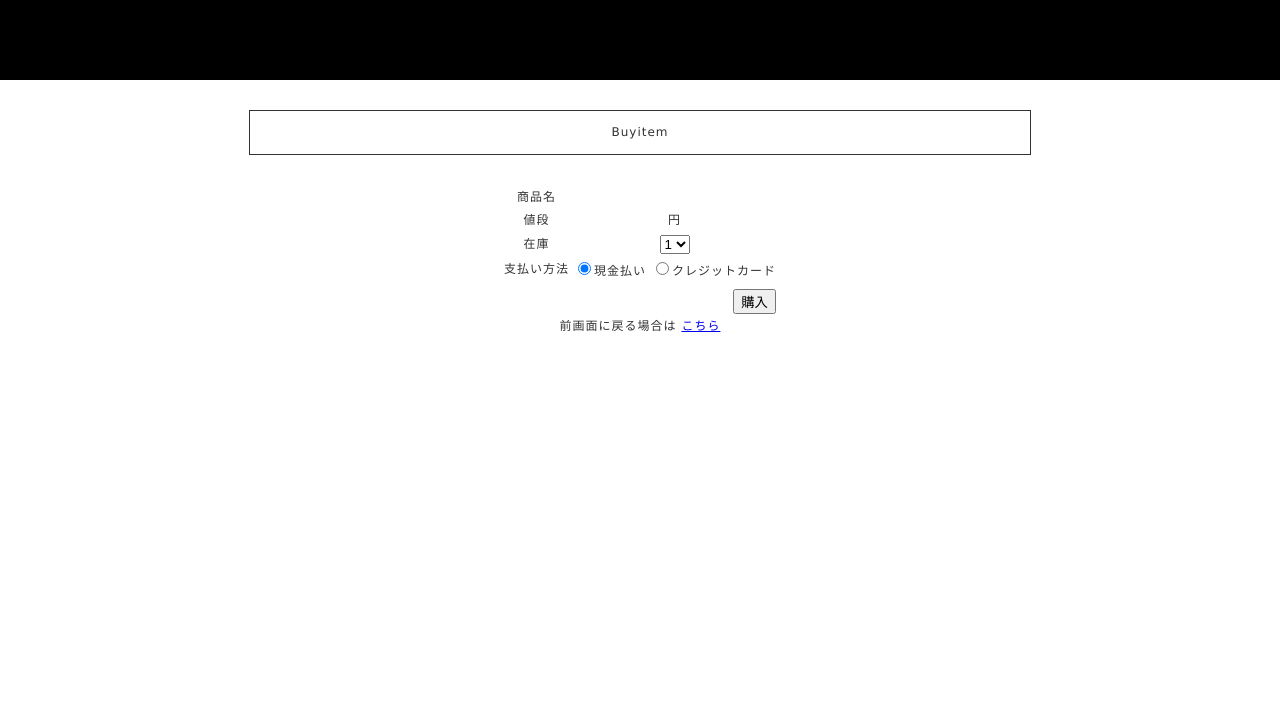
Repository: RYOYAEGAWA/test
Page: http://localhost/template/buyItem.jsp
The author's editor kept a copy of each file at every save. The page is drawn from the files as they stood at one save, then again after the next save.
The browser window is 1280 px wide. The pictures show the whole page.
The page is served by Tomcat 9. Other server files are loaded and not shown.

Above is the page before, as saved 2018-05-07 07:57:04.

### java/Eclipse_Data/template/WebContent/buyItem.jsp
<%@ page language="java" contentType="text/html; charset=UTF-8" pageEncoding="UTF-8"%>
<%@ taglib prefix="s" uri="/struts-tags"%>

<!DOCTYPE html>
<html>
<head>
		<meta http-equiv="Content-Type" content="text/html; charset=utf-8"/>
		<meta http-equiv="Content-Style-Type" content="text/css" />
		<meta http-equiv="Content-Script-Type" content="text/javascript" />
		<meta http-equiv="imagetoolbar" content="no" />
		<meta name="description" content="" />
		<meta name="keywords" content="" />
		<title>Login画面</title>

	<style type="text/css">

		body {
		margin:0;
		padding:0;
		line-height:1.6;
		letter-spacing:1px;
		font-family:Verdana, Helvetica, sans-serif;
		font-size:12px;
		color:#333;
		background:#fff;
		}

		table {
		text-align:center;
		margin:0 auto;
		}

		#top {
		width:780px;
		margin:30px auto;
		border:1px solid #333;
		}

		#header {
		width: 100%;
		height: 80px;
		background-color: black;
		}

		#main {
		width: 100%;
		height: 500px;
		text-align: center;
		}

		#footer {
		width: 100%;
		height: 80px;
		background-color: black;
		clear: both;
		}

	</style>
</head>
<body>
		<div id="header">
				<div id="pr">
				</div>
		</div>
		<div id="main">
				<div id="top">
				<p>Buyitem</p>
				</div>
		<div>
		<s:form action="BuyItemAction">
			<table>
					<tr>
							<td>
									<span>商品名</span>
							</td>
							<td>
									<s:property value="session.buyItem_name" />
							</td>
					</tr>
					<tr>
							<td>
									<span>値段</span>
							</td>
							<td>
							<s:property value="session.buyItem_price" />
									<span>円</span>
							</td>
					</tr>
					<tr>
							<td>
								<span>在庫</span>
							</td>
							<td>
								<select name="stock">
								<option value="1" selected="selected">1</option>
									<option value="2">2</option>
									<option value="3">3</option>
									<option value="4">4</option>
									<option value="5">5</option>
								</select>
							</td>
					</tr>
					<tr>
							<td>
									<span>支払い方法</span>
							</td>
							<td>
									<input type="radio" name="pay" value="1" checked="checked">現金払い
									<input type="radio" name="pay" value="2" >クレジットカード
							</td>
					</tr>
					<tr>
							<td>
									<s:submit value="購入"/>
							</td>
					</tr>

			</table>
		</s:form>
			<div>
				<span>前画面に戻る場合は</span>
				<a href ='<s:url action="HomeAction" />'>こちら</a>

			</div>
</head>
<body>

</body>
</html>

After the next save:
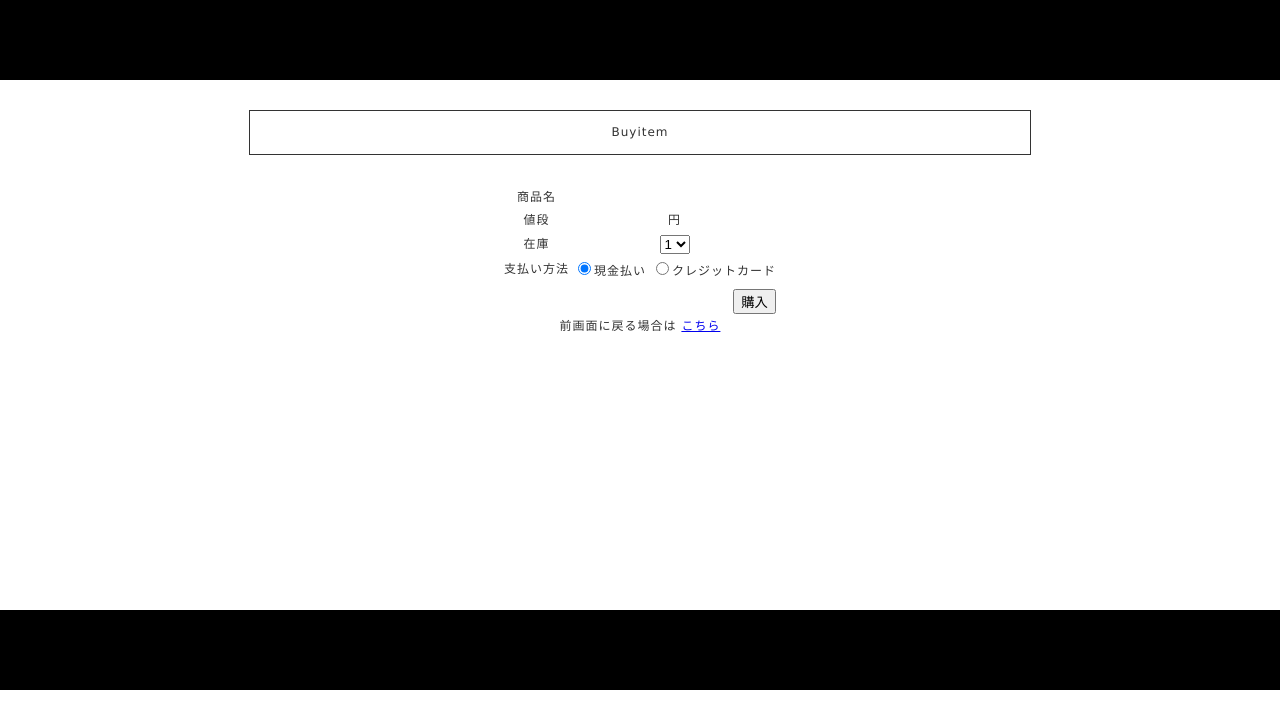
Saved 2 min 9 s later.
--- a/java/Eclipse_Data/template/WebContent/buyItem.jsp
+++ b/java/Eclipse_Data/template/WebContent/buyItem.jsp
@@ -122,8 +122,14 @@
 				<a href ='<s:url action="HomeAction" />'>こちら</a>
 
 			</div>
-</head>
-<body>
+		</div>
+	</div>
+	<div id="footer">
+			<div id="pr">
+			</div>
+	</div>
+
+
 
 </body>
 </html>
